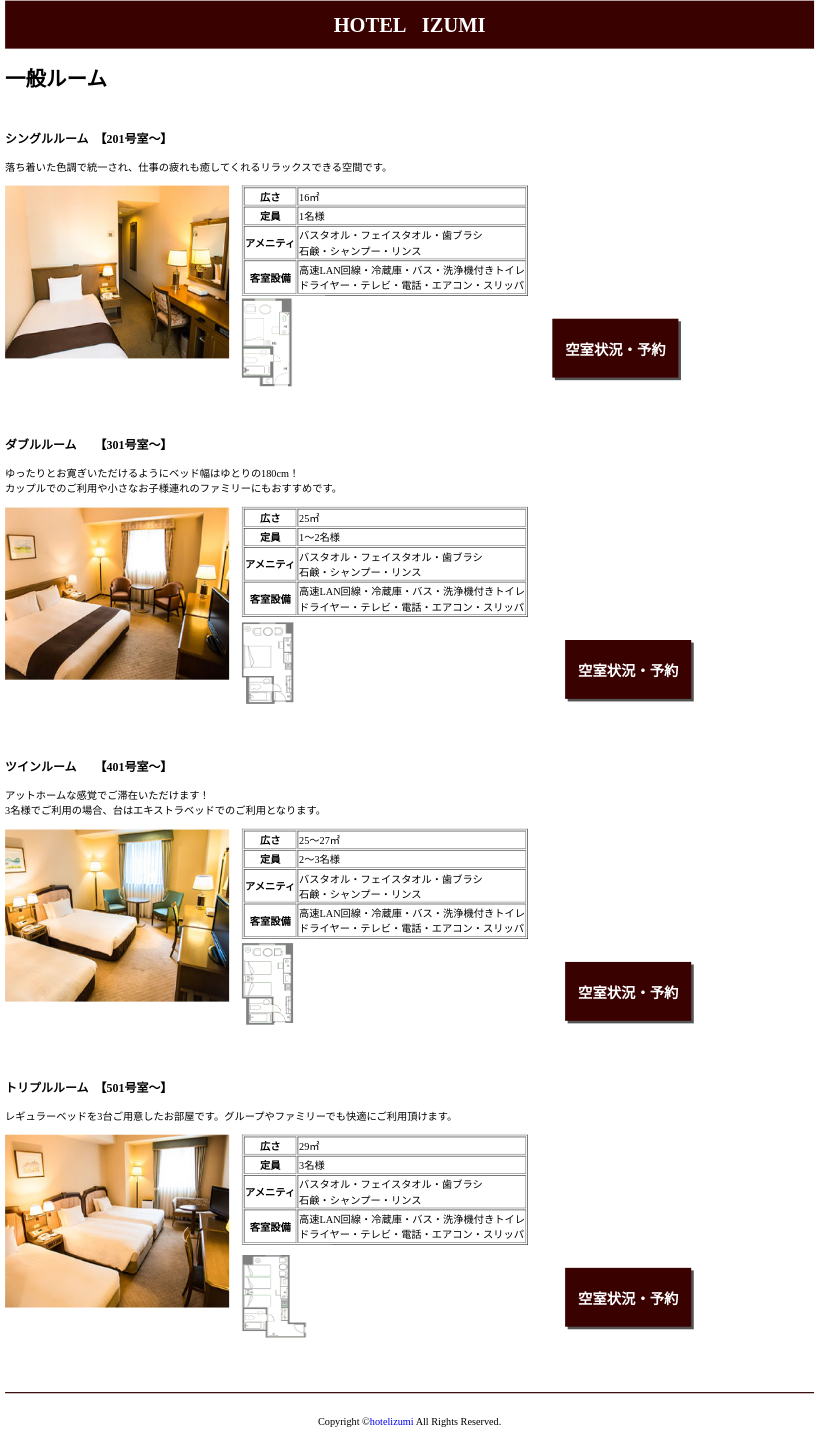
Repository: sep-dev/hotel_site
Page: http://localhost/HOTEL_IZUMI/general
An editor plug-in stored every save of this project. The page is shown before and after the next save, followed by the edit.
The browser window is 1280 px wide. The pictures show the whole page, at 64% of full size.
The page is served by Tomcat 9.

Above is the page before, as saved 2016-05-25 06:19:46.

After the next save:
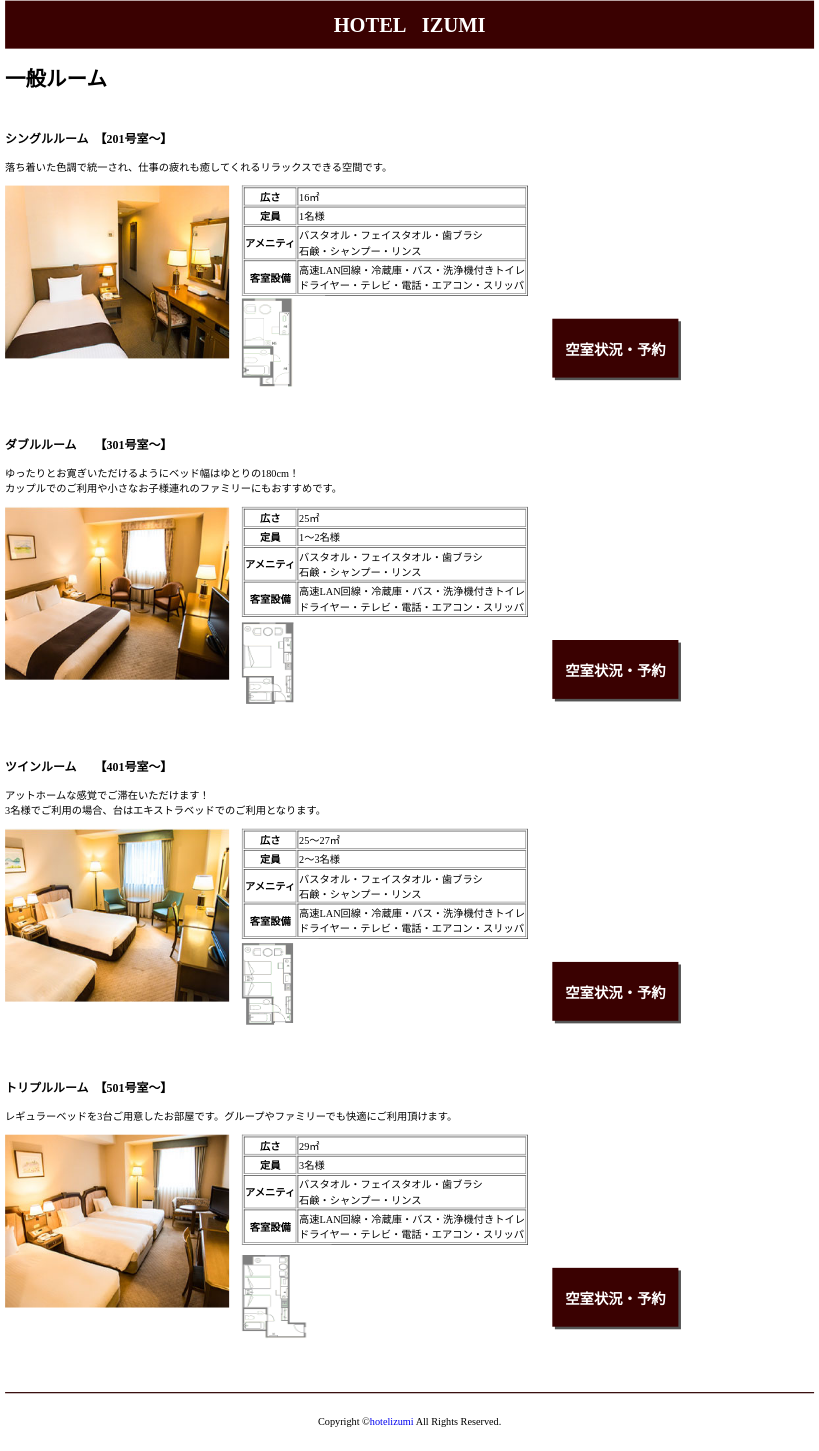
Saved 25 s later.
--- a/HOTEL_IZUMI/src/main/webapp/WEB-INF/views/general.jsp
+++ b/HOTEL_IZUMI/src/main/webapp/WEB-INF/views/general.jsp
@@ -85,7 +85,7 @@
 
        <img src="./resources/picture/ph04_shw1.png" alt="間取り図" width="130" height="146" align="left" ><br><br>
 
-       <button class="button2" type="submit" style="position: absolute; right: 200px;">空室状況・予約</button>
+       <button class="button2" type="submit" style="position: absolute; right: 220px;">空室状況・予約</button>
        <br clear="all">
        <br><br><br>
 
@@ -121,7 +121,7 @@
         <img src="./resources/picture/ph06_shw1.png" alt="間取り図" width="120" height="146" align="left" >
         <br><br>
 
-        <button class="button2" type="submit" style="position: absolute; right: 200px;">空室状況・予約</button>
+        <button class="button2" type="submit" style="position: absolute; right: 220px;">空室状況・予約</button>
         <br clear="all">
         <br><br><br>
 
@@ -155,7 +155,7 @@
 
         <img src="./resources/picture/ph07_shw1.png" alt="間取り図" width="140" height="146" align="left" ><br><br>
 
-        <button class="button2" type="submit" style="position: absolute; right: 200px;">空室状況・予約</button>
+        <button class="button2" type="submit" style="position: absolute; right: 220px;">空室状況・予約</button>
         <br clear="all">
         <br><br><br>
 
